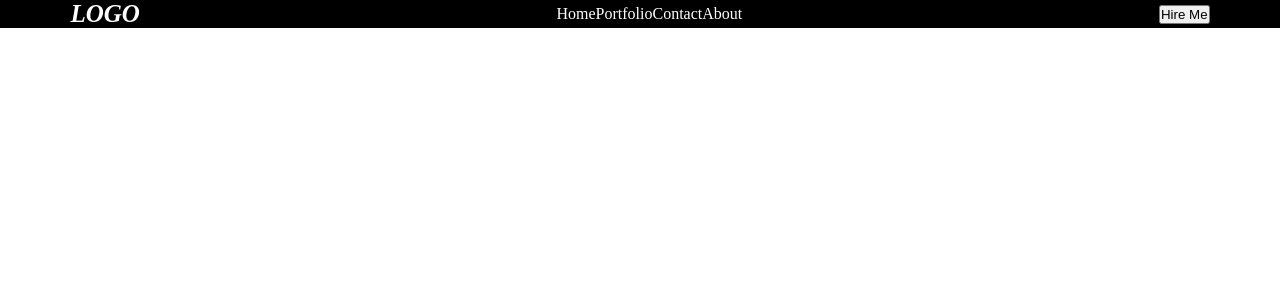
Repository: DevAntonioRogers/vanilla-responsive-navbar
Page: index.html
These files come from the project's save history. The page is drawn as it stood at one moment and after the next save; the edit follows.
The browser window is 1280 px wide. The pictures show the whole page.

Above is the page before, as saved 2023-06-04 21:13:46.
Console error: TypeError: Cannot read properties of null (reading 'addEventListener')

After the next save:
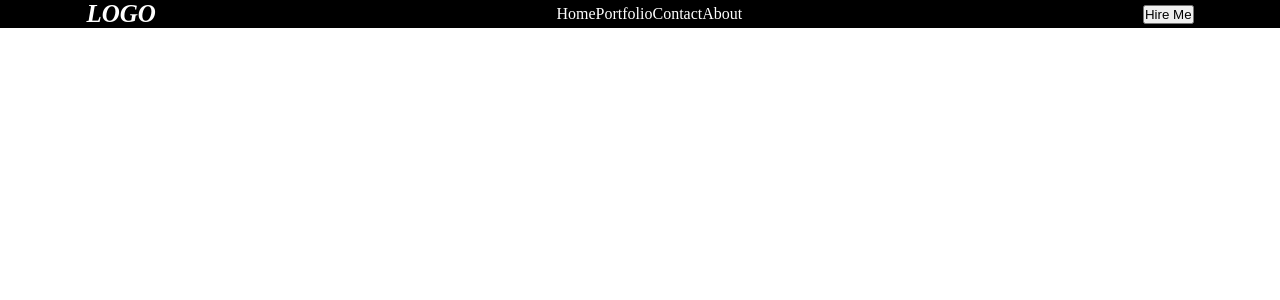
Saved 28 s later.
--- a/style.css
+++ b/style.css
@@ -19,6 +19,7 @@ nav {
 .nav-container {
   background-color: black;
   color: white;
+  padding: 0 1rem;
   width: 89%;
   margin: auto;
   display: flex;
